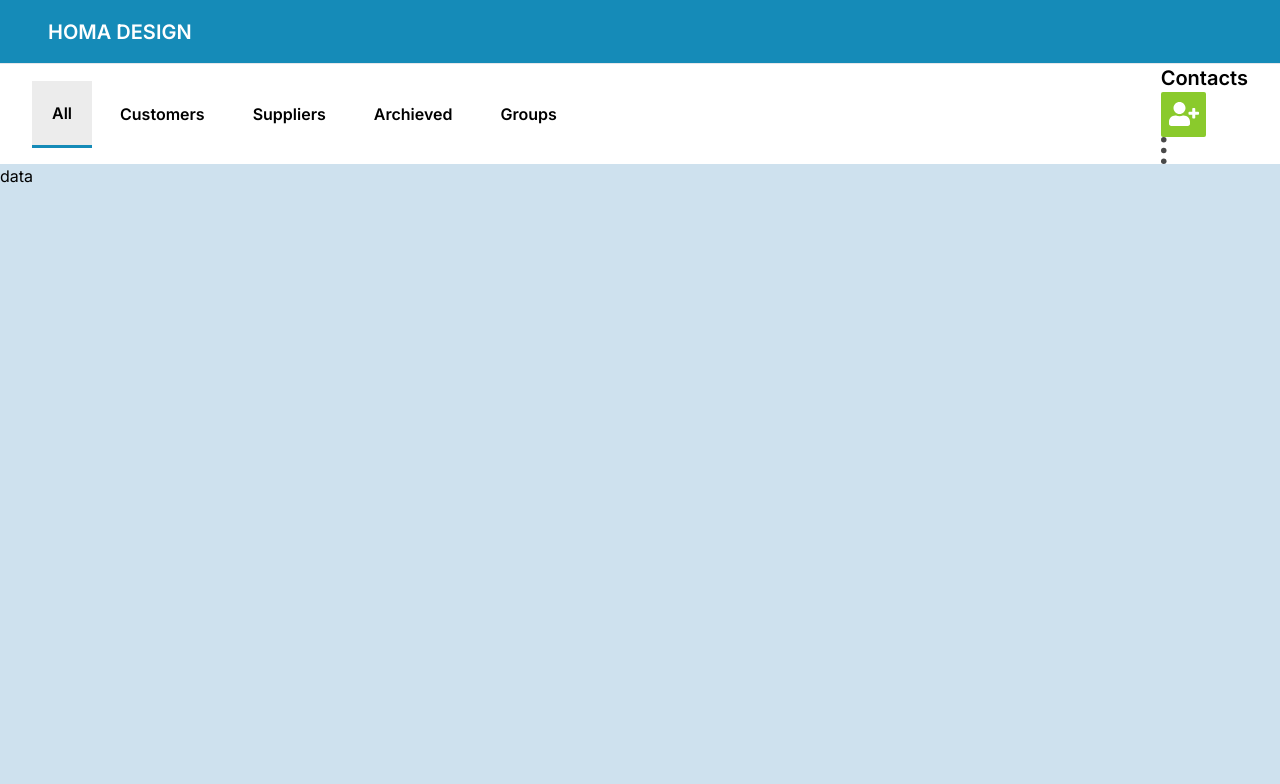
Repository: khairul35/homa-FE
Page: /contact
The author's editor kept a copy of each file at every save. The page is drawn from the files as they stood at one save, then again after the next save.
The browser window is 1280 px wide. The pictures show the whole page.
The project was rebuilt for these pictures with package versions that can differ from the ones it lists, and the page was loaded fresh each time. The framework's server and built-in components were replaced by stand-ins that run in the browser. Also part of the build but not shown: next.config.js, app/components/layout/header/BusinessMenu.tsx, app/components/layout/header/CompanyMenu.tsx.

Above is the page before, as saved 2024-01-06 09:41:57.

After the next save:
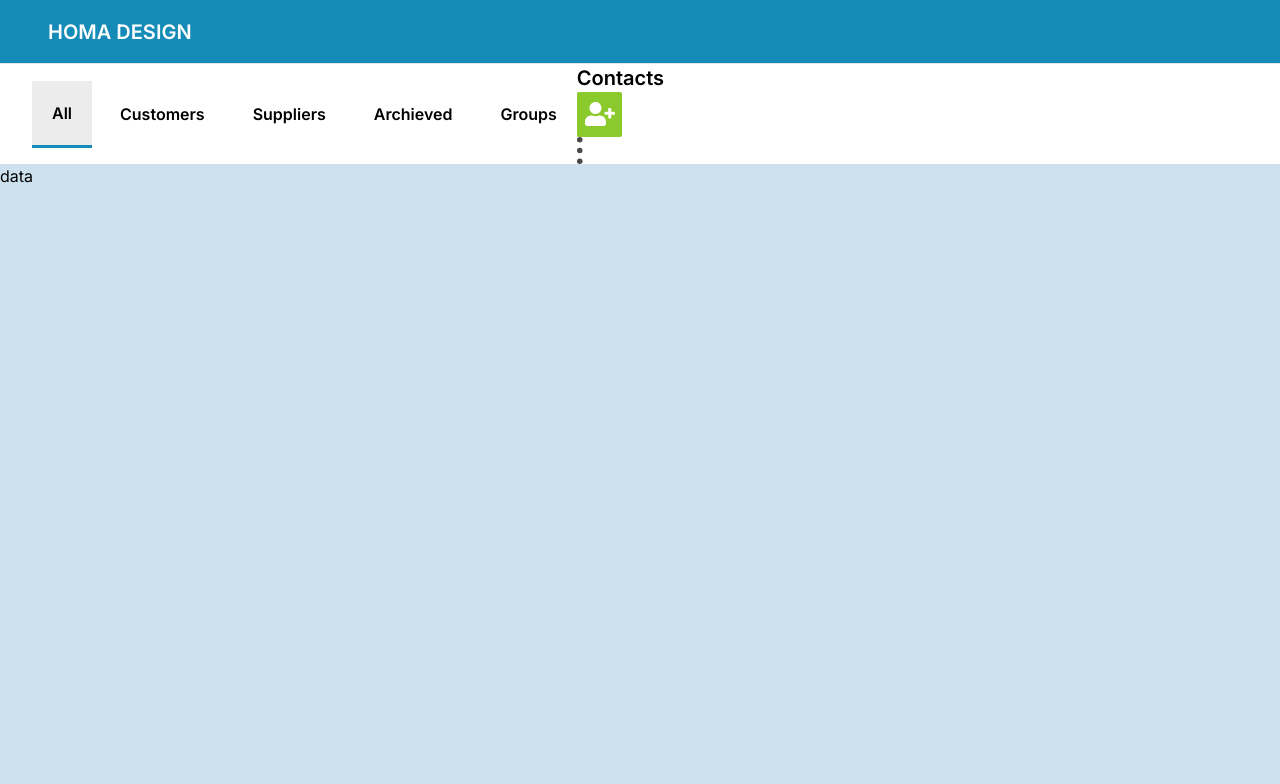
Saved 23 s later.
--- a/app/contact/index.component.tsx
+++ b/app/contact/index.component.tsx
@@ -51,7 +51,7 @@
                                     Groups
                                 </span>
                             </div>
-                            <div className="w-0 flex-1 sm:w-1/2"></div>
+                            <div className="w-0 flex-1 sm:w-1/2">
                             <h2 className="hidden sm:block text-xl font-semibold">
                                 Contacts
                                 <svg xmlns="http://www.w3.org/2000/svg" width="45" height="45" viewBox="0 0 45 45" fill="none">
@@ -64,6 +64,7 @@
                                     <circle cx="2.75704" cy="24.2429" r="2.75704" fill="#494949"/>
                                 </svg>
                             </h2>
+                            </div>
                         </div>
                     </div>
                     <div>

After the save that followed:
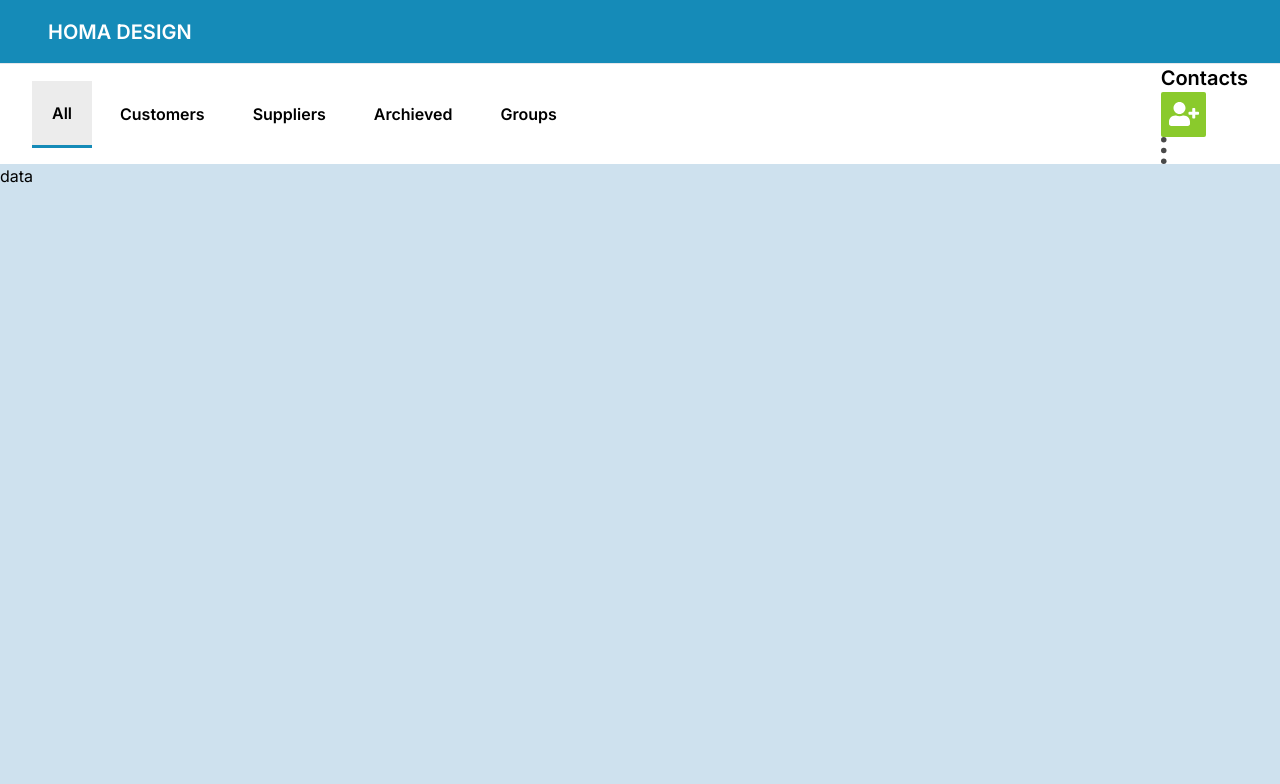
Saved 4 s later.
--- a/app/contact/index.component.tsx
+++ b/app/contact/index.component.tsx
@@ -51,7 +51,7 @@
                                     Groups
                                 </span>
                             </div>
-                            <div className="w-0 flex-1 sm:w-1/2">
+                            <div className="w-0 flex-1 sm:w-1/2"></div>
                             <h2 className="hidden sm:block text-xl font-semibold">
                                 Contacts
                                 <svg xmlns="http://www.w3.org/2000/svg" width="45" height="45" viewBox="0 0 45 45" fill="none">
@@ -64,7 +64,6 @@
                                     <circle cx="2.75704" cy="24.2429" r="2.75704" fill="#494949"/>
                                 </svg>
                             </h2>
-                            </div>
                         </div>
                     </div>
                     <div>
